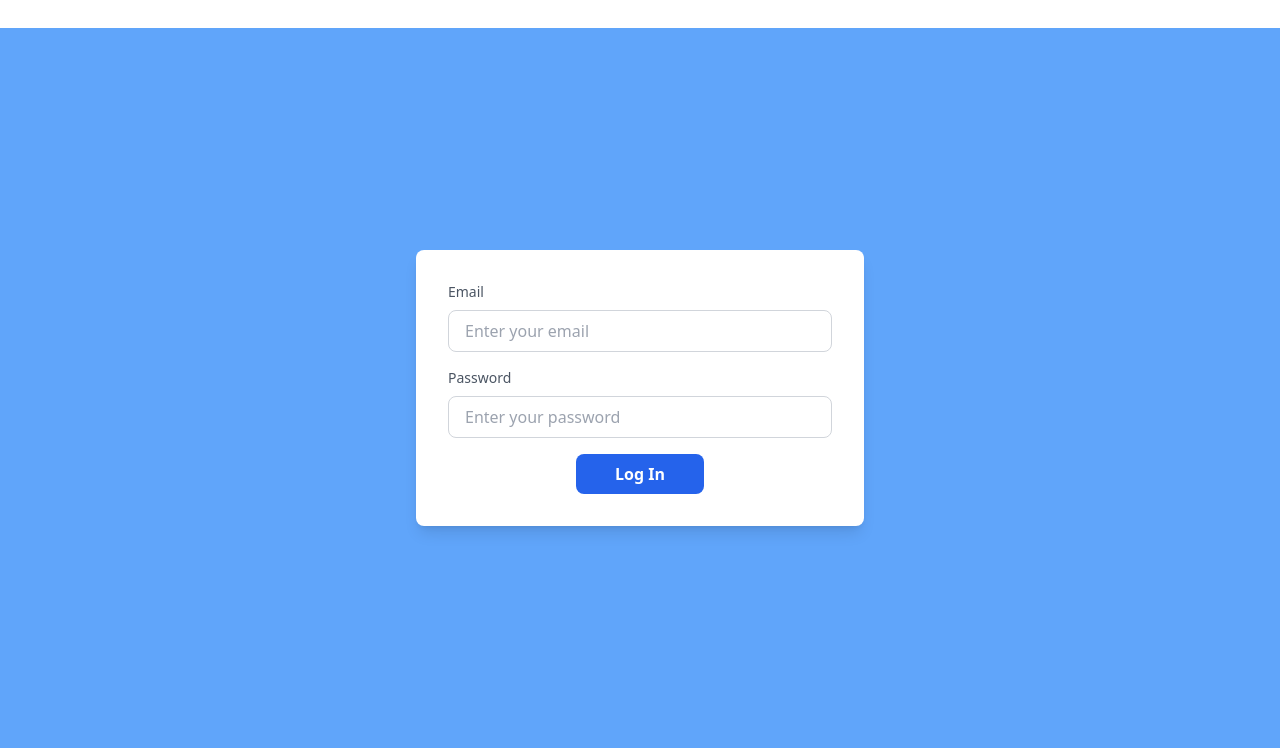
Repository: TEKVOLUTION-LTD/Admin-washKonnect
Page: / (app in Admin-WashKonnect/)
An editor plug-in stored every save of this project. The page is shown before and after the next save, followed by the edit.
The browser window is 1280 px wide. The pictures show the whole page.
The project was rebuilt for these pictures with package versions that can differ from the ones it lists, and the page was loaded fresh each time. Also part of the build but not shown: Admin-WashKonnect/vite.config.js.

Above is the page before, as saved 2024-11-13 02:03:03.

After the next save:
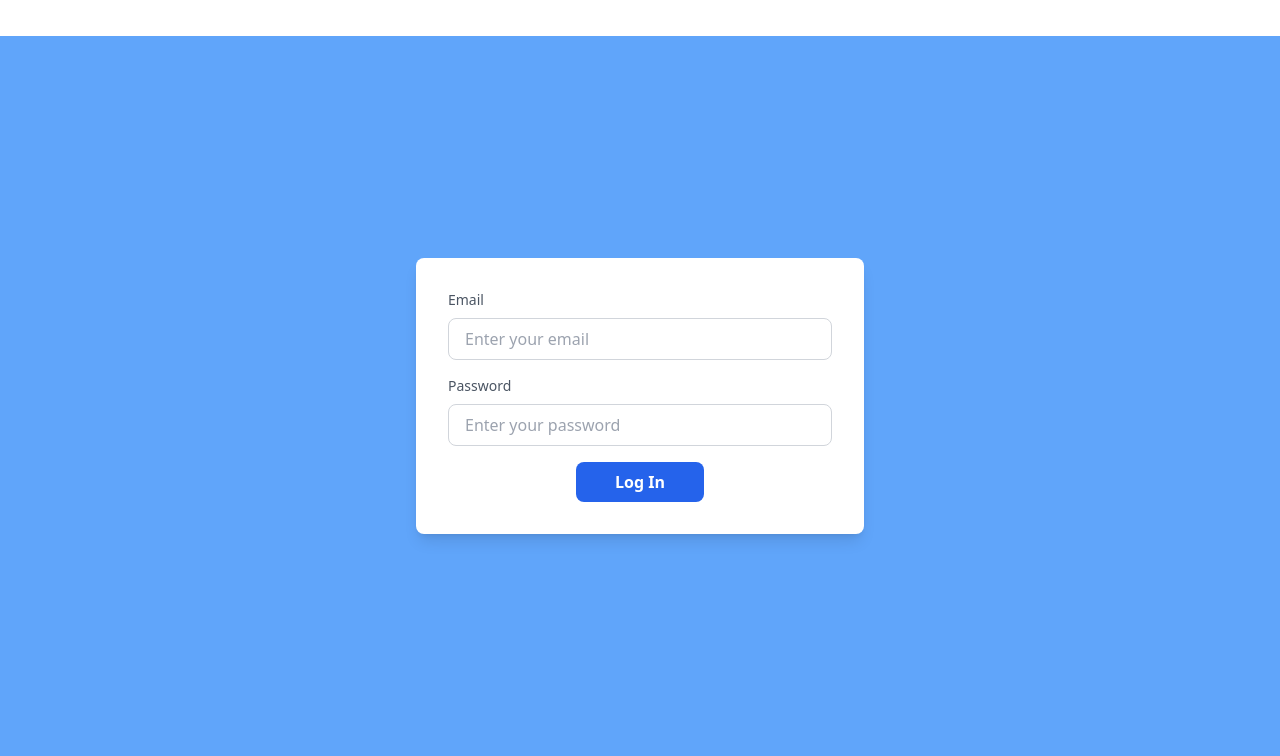
Saved 35 s later.
--- a/Admin-WashKonnect/src/components/Login.jsx
+++ b/Admin-WashKonnect/src/components/Login.jsx
@@ -17,7 +17,7 @@ const Login = () => {
 
     <>
 <div className='block'>
-<h1 className='block font-bold text-lg text-white'>WashKonnect</h1>
+<h1 className='block font-bold text-3xl text-white'>WashKonnect</h1>
     <div className="flex items-center justify-center min-h-screen bg-blue-400">
 
 
